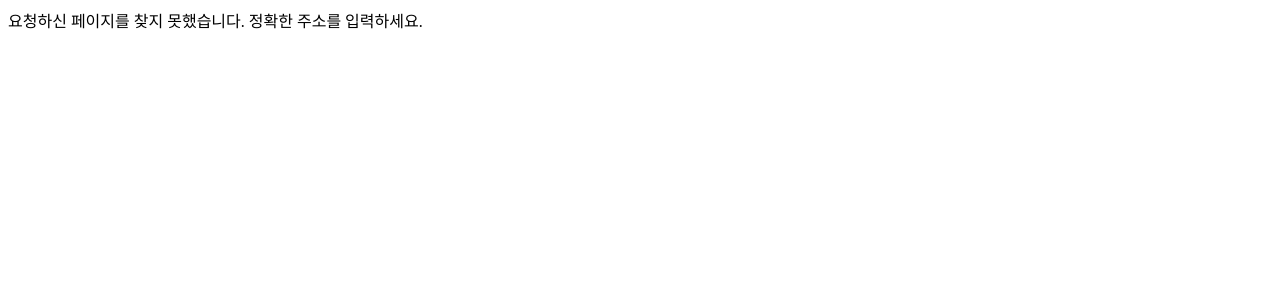
Repository: juhee1020/studying
Page: http://localhost/jsp01_basic/jsp05_error/error/error404.jsp
The author's editor kept a copy of each file at every save. The page is drawn from the files as they stood at one save, then again after the next save.
The browser window is 1280 px wide. The pictures show the whole page.
The page is served by Tomcat 9.

Above is the page before, as saved 2022-12-13 02:45:30.

After the next save:
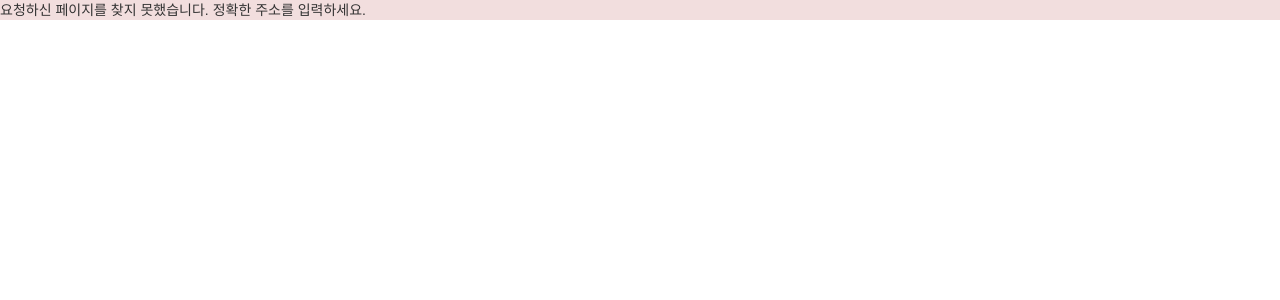
Saved 2 min 18 s later.
--- a/JSP/jsp01_basic/WebContent/jsp05_error/error/error404.jsp
+++ b/JSP/jsp01_basic/WebContent/jsp05_error/error/error404.jsp
@@ -13,6 +13,10 @@
 <html>
 <head>
 <meta charset="UTF-8">
+   <meta name="viewport" content="width=device-width, initial-scale=1, minimum-scale=1, maximum-scale=1">
+     <link rel="stylesheet" href="https://maxcdn.bootstrapcdn.com/bootstrap/3.4.1/css/bootstrap.min.css">
+     <script src="https://ajax.googleapis.com/ajax/libs/jquery/3.6.0/jquery.min.js"></script>
+     <script src="https://maxcdn.bootstrapcdn.com/bootstrap/3.4.1/js/bootstrap.min.js"></script>
 <title>error error~</title>
 </head>
 <body>
